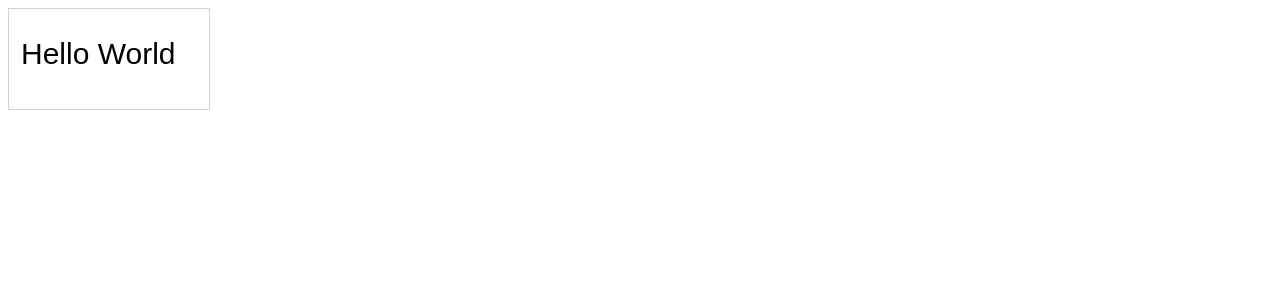
Repository: SonPhamThe/C0622G1-PhamTheSon
Page: ss1-sudungthehtmlcoban/baitap.html
The author's editor kept a copy of each file at every save. The page is drawn from the files as they stood at one save, then again after the next save.
The browser window is 1280 px wide. The pictures show the whole page.

Above is the page before, as saved 2022-07-19 08:55:53.

### ss1-sudungthehtmlcoban/baitap.html
<!DOCTYPE html>
<html lang="en">
  <head>
    <title>HyperText Markup Language</title>
  </head>
  <body>
    <canvas
      id="myCanvas"
      width="200"
      height="100"
      style="border: 1px solid #d3d3d3"
    >
      Your browser does not support the HTML5 canvas tag.</canvas
    >
    <script>
      var c = document.getElementById("myCanvas");
      var ctx = c.getContext("2d");
      ctx.font = "30px Arial";
      ctx.fillText("Hello World", 12, 55);
    </script>
  </body>
</html>

After the next save:
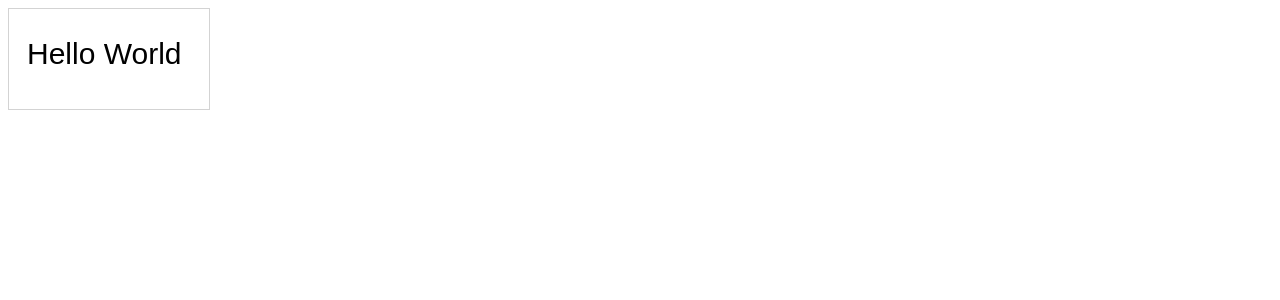
Saved 9 s later.
--- a/ss1-sudungthehtmlcoban/baitap.html
+++ b/ss1-sudungthehtmlcoban/baitap.html
@@ -16,7 +16,7 @@
       var c = document.getElementById("myCanvas");
       var ctx = c.getContext("2d");
       ctx.font = "30px Arial";
-      ctx.fillText("Hello World", 12, 55);
+      ctx.fillText("Hello World", 18, 55);
     </script>
   </body>
 </html>
